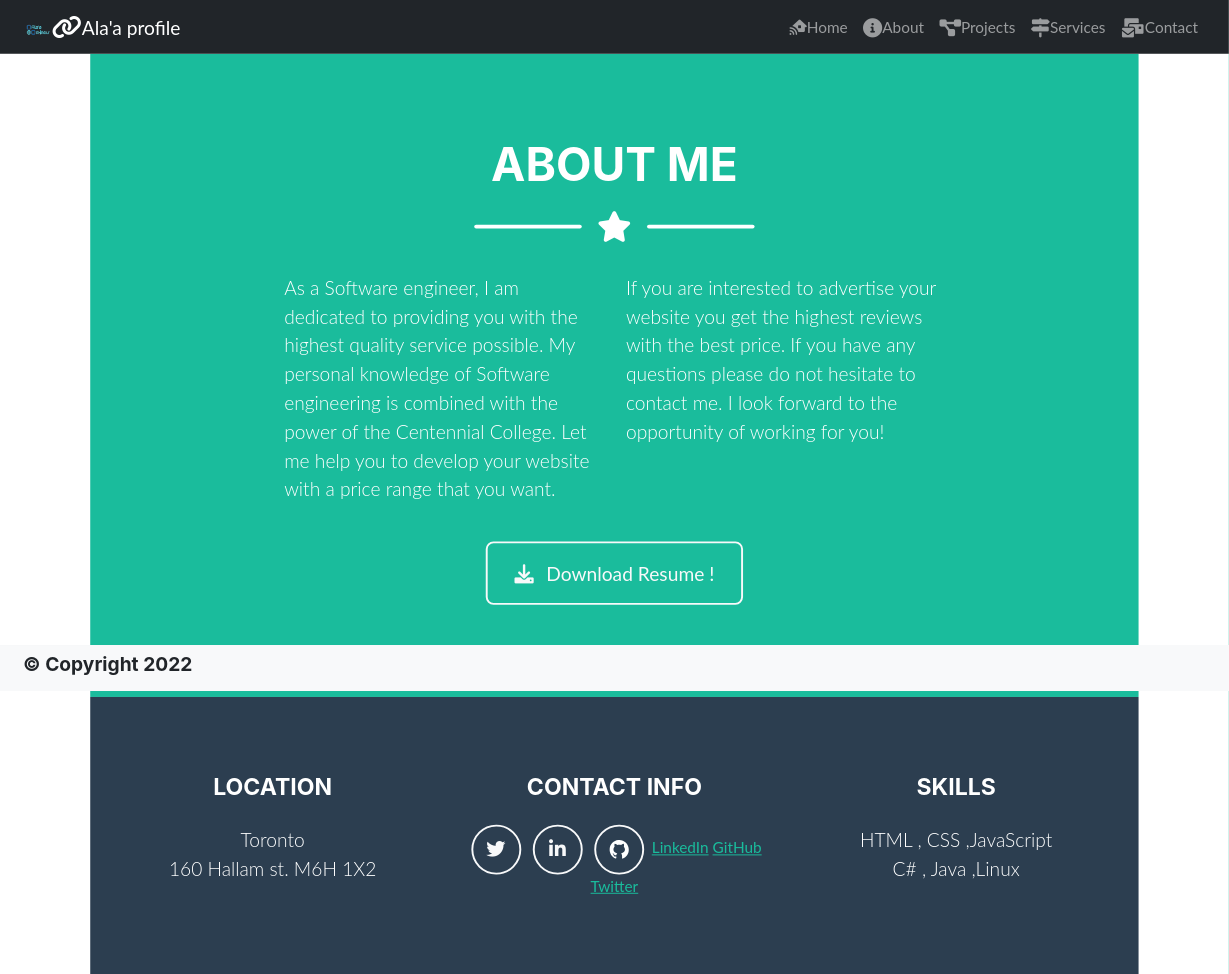
Repository: alaakhdour/heroukulivesite-section1
Page: http://localhost/about
An editor plug-in stored every save of this project. The page is shown before and after the next save, followed by the edit.
The browser window is 1280 px wide. The pictures show the whole page, at 96% of full size.
The page is served by the project's Node server (server.js). Other server files are loaded and not shown.

Above is the page before, as saved 2022-06-17 09:22:19.

### Server/Views/index.ejs

<!DOCTYPE html>
<html lang="en">
<head>
    <meta charset="UTF-8">
    <meta http-equiv="X-UA-Compatible" content="IE=edge">
    <meta name="viewport" content="width=device-width, initial-scale=1.0">
    <title><%= title %></title>
    <!-- CSS Section -->
    <link rel="stylesheet" href="./bootstrap/dist/css/bootstrap.min.css">
    <link rel="stylesheet" href="./@fortawsome/fontawesome-free/css/all.min.css">
    <link rel="stylesheet" href="./Content/app.css">
    <link rel="stylesheet" href="./Content/styles.css">
</head>
<body>
    <!-- Main Navigation Section -->
    <header>
        <%- include('./components/header.ejs'); %>
    </header>

    <!-- Content Section-->
    <main>
        <%- include('content/' + page + '.ejs'); %>

    </main>

    <!-- Site-wide footer-->
    <footer>
        <%- include('components/footer.ejs'); %>
    </footer>

    <!-- JavaScript Section -->
    <script src="./jquery/dist/jquery.min.js"></script>
    <script src="./bootstrap/dist/js/bootstrap.min.js"></script>
    <script src="./@fortawesome/fontawesome-free/js/all.min.js"></script>
    <script src="./Scripts/app.js"></script>
</body>
</html>

### Server/Views/components/header.ejs
<nav class="navbar navbar-expand-lg navbar-dark bg-dark">
    <div class="container-fluid">
      <a class="navbar-brand" href="/"> <img src="./Assets/images/logo.png" alt="" width="30" height="24"><i class="fa-solid fa-link fa-lg"></i>Ala'a profile</a>
      <button class="navbar-toggler" type="button" data-bs-toggle="collapse" data-bs-target="#navbarSupportedContent" aria-controls="navbarSupportedContent" aria-expanded="false" aria-label="Toggle navigation">
        <span class="navbar-toggler-icon"></span>
      </button>
      <div class="collapse navbar-collapse" id="navbarSupportedContent">
        <ul class="navbar-nav ms-auto mb-2 mb-lg-0">
          <li class="nav-item">
            <a class="nav-link" aria-current="page" href="/home"><i class="fa-solid fa-house-signal"></i>Home</a>
          </li>

          <li class="nav-item">
            <a class="nav-link" aria-current="page" href="/about"><i class="fa-solid fa-circle-info fa-lg"></i>About</a>
          </li>

          <li class="nav-item">
            <a class="nav-link" aria-current="page" href="/projects"><i class="fa-solid fa-diagram-project fa-lg"></i>Projects</a>
          </li>

          <li class="nav-item">
            <a class="nav-link" aria-current="page" href="/services"><i class="fa-solid fa-signs-post fa-lg"></i>Services</a>
          </li>

          <li class="nav-item">
            <a class="nav-link" aria-current="page" href="/contact"><i class="fa-solid fa-envelopes-bulk fa-lg"></i>Contact </a>
          </li>


        </ul>
      </div>
    </div>
  </nav>

### Server/Views/content/about.ejs
<div class="container">


    <!-- About Section-->
    <section class="page-section bg-primary text-white mb-0" id="about">
        <div class="container">
            <!-- About Section Heading-->
            <h2 class="page-section-heading text-center text-uppercase text-white">About ME</h2>
            <!-- Icon Divider-->
            <div class="divider-custom divider-light">
                <div class="divider-custom-line"></div>
                <div class="divider-custom-icon"><i class="fas fa-star"></i></div>
                <div class="divider-custom-line"></div>
            </div>
            <!-- About Section Content-->
            <div class="row">
                <div class="col-lg-4 ms-auto"><p class="lead">As a Software engineer, I am dedicated to providing you with the highest quality service possible. My personal knowledge of Software engineering is combined with the power of the Centennial College. Let me help you to develop your website with a price range that you want. </p></div>
                <div class="col-lg-4 me-auto"><p class="lead">If you are interested to advertise your website you get the highest reviews with the best price. If you have any questions please do not hesitate to contact me. I look forward to the opportunity of working for you!</p></div>
            </div>
            <!-- About Section Button-->
            <div class="text-center mt-4">
                <a class="btn btn-xl btn-outline-light" href="./Assets/pdf/CV.Pdf" download>
                    <i class="fas fa-download me-2"></i>
                    Download Resume !
                </a>
            </div>
        </div>
    </section>

    <!-- Footer-->
    <footer class="footer text-center">
        <div class="container">
            <div class="row">
                <!-- Footer Location-->
                <div class="col-lg-4 mb-5 mb-lg-0">
                    <h4 class="text-uppercase mb-4">Location</h4>
                    <p class="lead mb-0">
                        Toronto
                        <br />
                        160 Hallam st. M6H 1X2
                    </p>
                </div>
                <!-- Footer Social Icons-->
                <div class="col-lg-4 mb-5 mb-lg-0">
                    <h4 class="text-uppercase mb-4">CONTACT INFO</h4>
                    <a class="btn btn-outline-light btn-social mx-1" href="https://twitter.com/alaakhdour"><i class="fab fa-fw fa-twitter"></i></a>
                    <a class="btn btn-outline-light btn-social mx-1" href="https://www.linkedin.com/in/ala-a-al-khdour-312240145/"><i class="fab fa-fw fa-linkedin-in"></i></a>
                    <a class="btn btn-outline-light btn-social mx-1" href="https://github.com/alaakhdour"><img src="./Assets/images/git.svg"></a>

                    <a class="button expanded" href="https://www.linkedin.com/in/ala-a-al-khdour-312240145/">LinkedIn</a>
                    <a class="button expanded" href="https://github.com/alaakhdour">GitHub</a>
                    <a class="button expanded" href="https://twitter.com/alaakhdour">Twitter</a>
                </div>
                <!-- Footer About Text-->
                <div class="col-lg-4">
                    <h4 class="text-uppercase mb-4">Skills</h4>
                    <p class="lead mb-0">
                        HTML , CSS ,JavaScript<br>
                        C# , Java ,Linux
                    </p>
                </div>
            </div>
        </div>
    </footer>
</div>

### Server/Views/components/footer.ejs
<nav class="navbar fixed-bottom bg-light">
    <div class="container-fluid">
      <h5 id="copyright">&copy; Copyright 2022</h5>
    </div>
  </nav>

### server.js
"use strict";
var __importDefault = (this && this.__importDefault) || function (mod) {
    return (mod && mod.__esModule) ? mod : { "default": mod };
};
Object.defineProperty(exports, "__esModule", { value: true });
const app_1 = __importDefault(require("./Server/Config/app"));
const debug_1 = __importDefault(require("debug"));
(0, debug_1.default)('week4:server');
const http_1 = __importDefault(require("http"));
const port = normalizePort(process.env.PORT || '3000');
app_1.default.set('port', port);
const server = http_1.default.createServer(app_1.default);
server.listen(port);
server.on('error', onError);
server.on('listening', onListening);
function normalizePort(val) {
    let port = parseInt(val, 10);
    if (isNaN(port)) {
        return val;
    }
    if (port >= 0) {
        return port;
    }
    return false;
}
function onError(error) {
    if (error.syscall !== 'listen') {
        throw error;
    }
    let bind = typeof port === 'string'
        ? 'Pipe ' + port
        : 'Port ' + port;
    switch (error.code) {
        case 'EACCES':
            console.error(bind + ' requires elevated privileges');
            process.exit(1);
            break;
        case 'EADDRINUSE':
            console.error(bind + ' is already in use');
            process.exit(1);
            break;
        default:
            throw error;
    }
}
function onListening() {
    let addr = server.address();
    let bind = 'pipe ' + addr;
    (0, debug_1.default)('Listening on ' + bind);
}
//# sourceMappingURL=server.js.map

### Server/Routes/index.js
"use strict";
var __importDefault = (this && this.__importDefault) || function (mod) {
    return (mod && mod.__esModule) ? mod : { "default": mod };
};
Object.defineProperty(exports, "__esModule", { value: true });
const express_1 = __importDefault(require("express"));
const router = express_1.default.Router();
router.get('/', function (req, res, next) {
    res.render('index', { title: 'Home', page: 'home' });
});
router.get('/home', function (req, res, next) {
    res.render('index', { title: 'Home', page: 'home' });
});
router.get('/about', function (req, res, next) {
    res.render('index', { title: 'About Us', page: 'about' });
});
router.get('/projects', function (req, res, next) {
    res.render('index', { title: 'My Projects', page: 'projects' });
});
router.get('/services', function (req, res, next) {
    res.render('index', { title: 'My services', page: 'services' });
});
router.get('/contact', function (req, res, next) {
    res.render('index', { title: 'contact us', page: 'contact' });
});
exports.default = router;
//# sourceMappingURL=index.js.map

### Client/Assets/images/git.svg
<?xml version="1.0"?><svg fill="#FFFFFF" xmlns="http://www.w3.org/2000/svg"  viewBox="0 0 24 24" width="24px" height="24px">    <path d="M10.9,2.1c-4.6,0.5-8.3,4.2-8.8,8.7c-0.5,4.7,2.2,8.9,6.3,10.5C8.7,21.4,9,21.2,9,20.8v-1.6c0,0-0.4,0.1-0.9,0.1 c-1.4,0-2-1.2-2.1-1.9c-0.1-0.4-0.3-0.7-0.6-1C5.1,16.3,5,16.3,5,16.2C5,16,5.3,16,5.4,16c0.6,0,1.1,0.7,1.3,1c0.5,0.8,1.1,1,1.4,1 c0.4,0,0.7-0.1,0.9-0.2c0.1-0.7,0.4-1.4,1-1.8c-2.3-0.5-4-1.8-4-4c0-1.1,0.5-2.2,1.2-3C7.1,8.8,7,8.3,7,7.6C7,7.2,7,6.6,7.3,6 c0,0,1.4,0,2.8,1.3C10.6,7.1,11.3,7,12,7s1.4,0.1,2,0.3C15.3,6,16.8,6,16.8,6C17,6.6,17,7.2,17,7.6c0,0.8-0.1,1.2-0.2,1.4 c0.7,0.8,1.2,1.8,1.2,3c0,2.2-1.7,3.5-4,4c0.6,0.5,1,1.4,1,2.3v2.6c0,0.3,0.3,0.6,0.7,0.5c3.7-1.5,6.3-5.1,6.3-9.3 C22,6.1,16.9,1.4,10.9,2.1z"/></svg>

### Client/data/data.json
{
    "FullName": "AlaaAlkhdour",
    "ContactNumber": "999999999999",
    "EmailAddress": "ala@example.com"
}

### content/app.css
h1
{
    font-size: 70px;
    font-family: Verdana, Geneva, Tahoma, sans-serif;
}

### scripts/app.js
//IIFE
(function()
{

    function Start()
    {
        console.log("App Started!");

        // use AJAX to read JSON file

        // Step 1: Create a new XHR object
        let XHR = new XMLHttpRequest();

        // Step 2: Create the request
        XHR.open("GET", "../data/data.json");

        // Step 3: Send the request
        XHR.send();

        // Step 4: create an event listener/handler
        XHR.addEventListener("readystatechange", function()
        {
            if(XHR.readyState == 4 && XHR.status == 200)
            {
                console.log("JSON Data:");
                console.log("===========");
                console.log(XHR.responseText);
            }
        });
    }

    window.addEventListener("load", Start);

})();

Loaded but not shown: Client/content/styles.css (library)

After the next save:
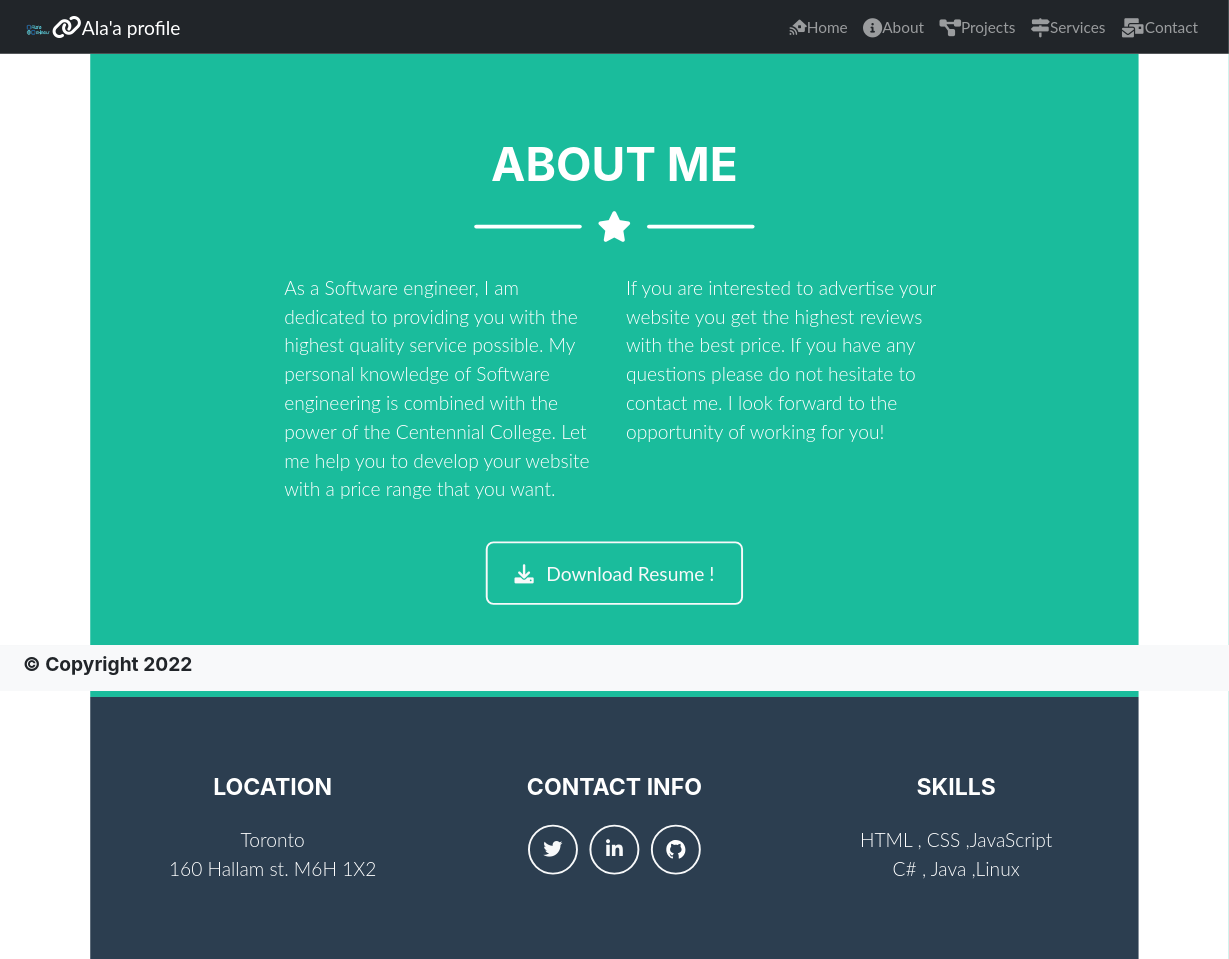
Saved 5 s later.
--- a/Server/Views/content/about.ejs
+++ b/Server/Views/content/about.ejs
@@ -47,9 +47,7 @@
                     <a class="btn btn-outline-light btn-social mx-1" href="https://www.linkedin.com/in/ala-a-al-khdour-312240145/"><i class="fab fa-fw fa-linkedin-in"></i></a>
                     <a class="btn btn-outline-light btn-social mx-1" href="https://github.com/alaakhdour"><img src="./Assets/images/git.svg"></a>
 
-                    <a class="button expanded" href="https://www.linkedin.com/in/ala-a-al-khdour-312240145/">LinkedIn</a>
-                    <a class="button expanded" href="https://github.com/alaakhdour">GitHub</a>
-                    <a class="button expanded" href="https://twitter.com/alaakhdour">Twitter</a>
+
                 </div>
                 <!-- Footer About Text-->
                 <div class="col-lg-4">
